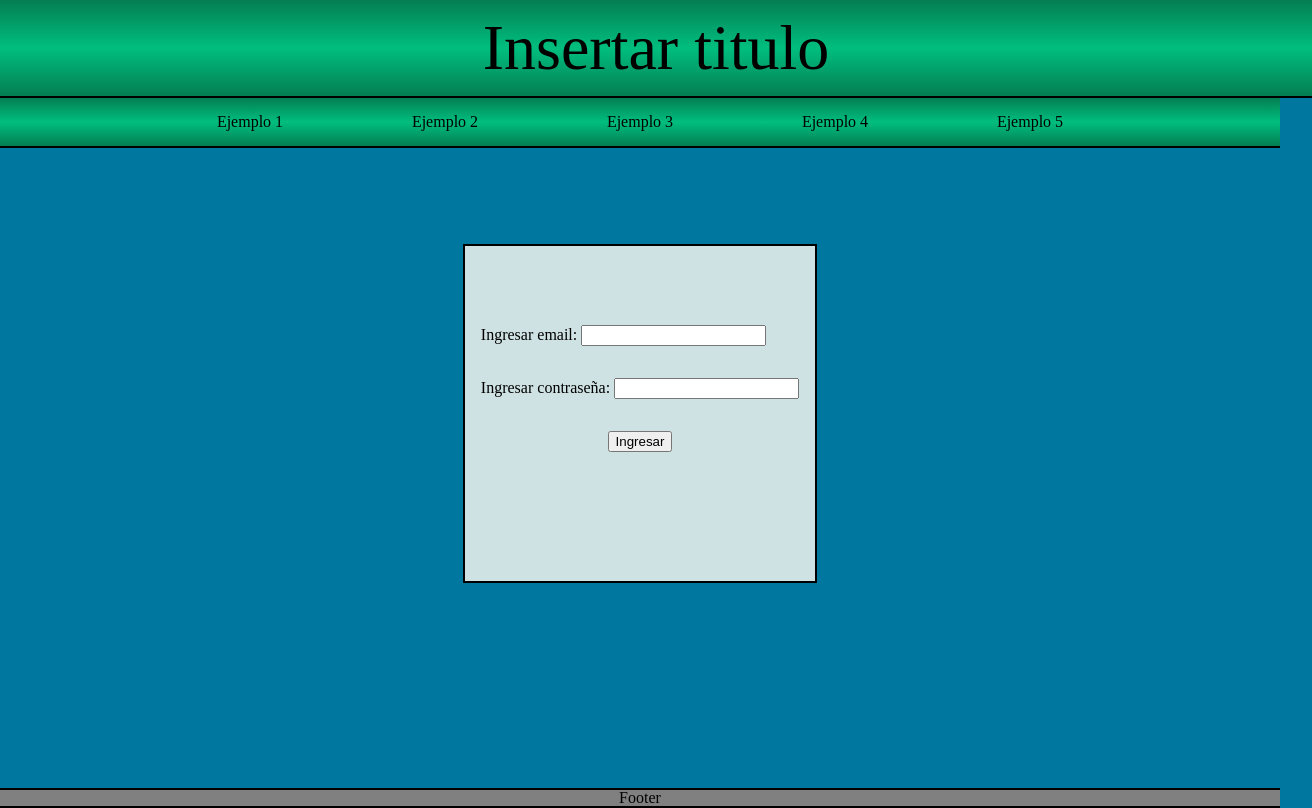
Repository: FacundoKinderknecht/Parcial-2-LPPA
Page: login/login.html
The author's editor kept a copy of each file at every save. The page is drawn from the files as they stood at one save, then again after the next save.
The browser window is 1280 px wide. The page is 1312 px wide, so the pictures cover 1312 px, including what lies to the right of the window. The pictures show the whole page.

Above is the page before, as saved 2022-07-06 10:45:07.

After the next save:
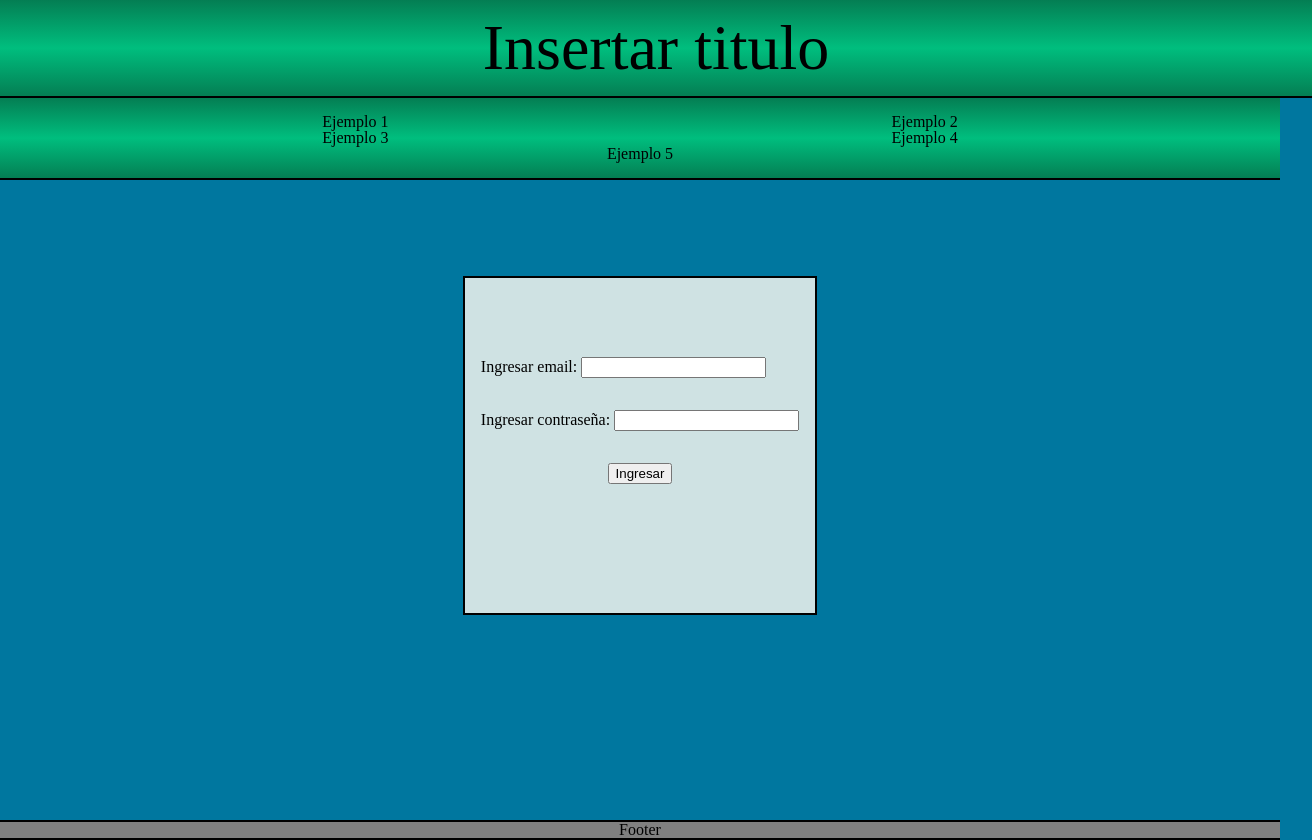
Saved 14 s later.
--- a/login/login.css
+++ b/login/login.css
@@ -19,10 +19,9 @@ li{
 }
 a{
     display: inline-block;
-    justify-content: space-between;
     text-decoration: none;
     color: black;
-    padding: 0% 5%;
+    padding: 0% 20%;
 }
 body{
     background-color: rgb(0, 119, 159);
